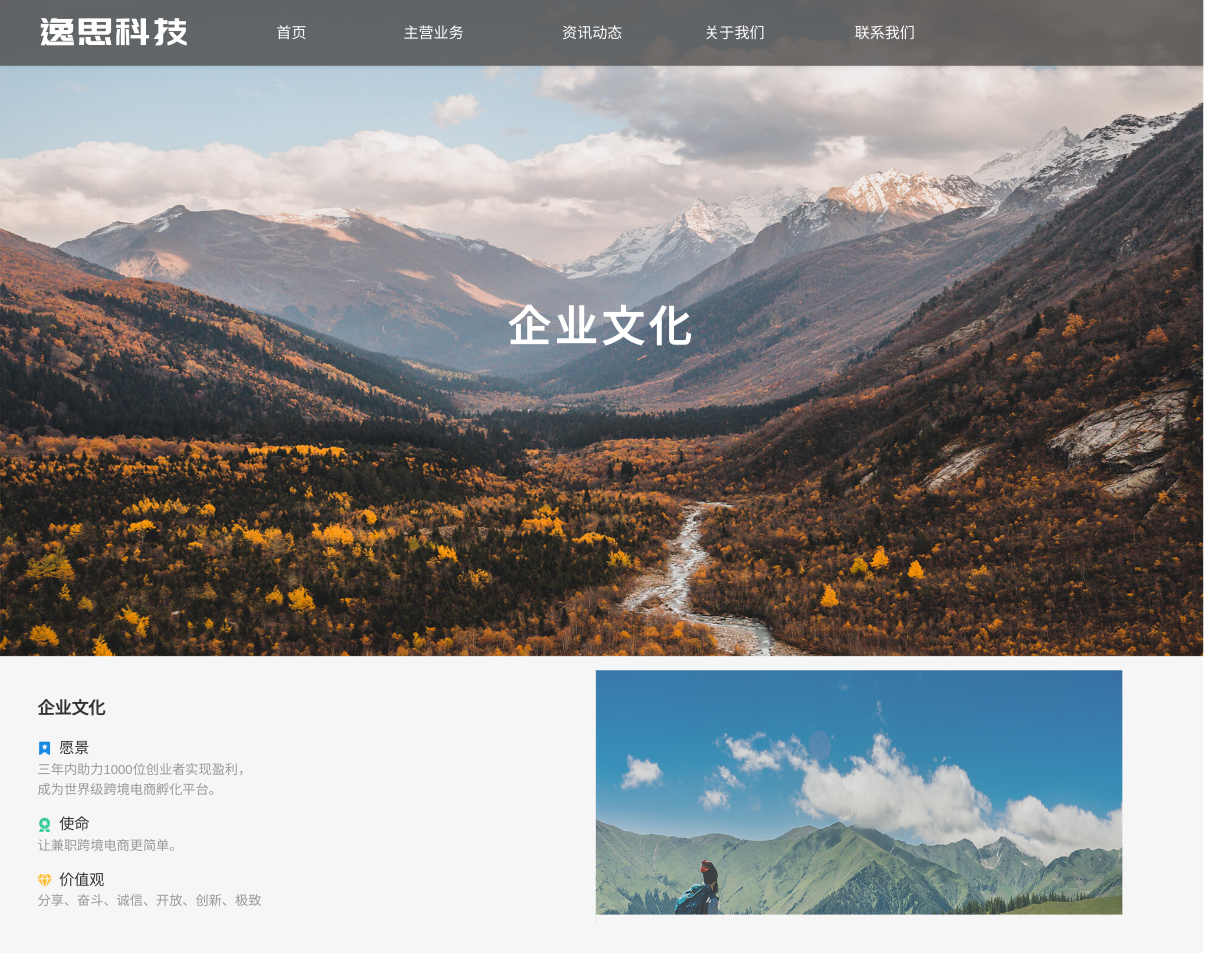
Repository: masterzhang/ztn
Page: brief3.html
The author's editor kept a copy of each file at every save. The page is drawn from the files as they stood at one save, then again after the next save.
The browser window is 1280 px wide. The page is 1300 px wide, so the pictures cover 1300 px, including what lies to the right of the window. The pictures show the part of the page from y = 0 to 1014 px (the page is 1888 px tall), at 94% of full size.
Pictures or frames that could not be fetched are drawn as grey boxes.

Above is the page before, as saved 2021-11-25 15:47:22.
Console error: TypeError: Cannot read properties of undefined (reading 'top')

After the next save:
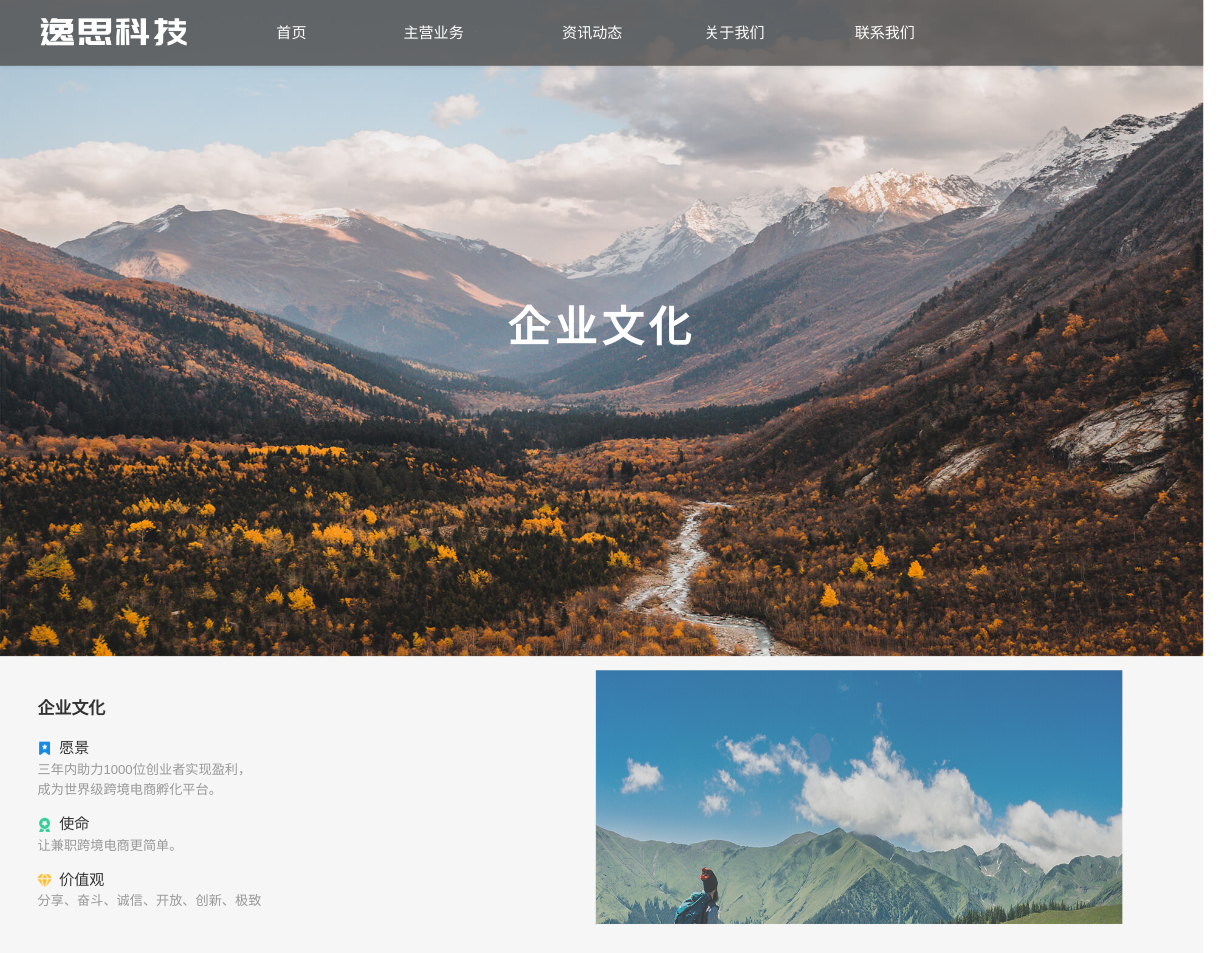
Saved 4 s later.
--- a/brief3.html
+++ b/brief3.html
@@ -81,7 +81,7 @@
         </div>
         <div class="pagemian_swiper_right" style="display: block;">
           <div class="runbobox">
-            <img src="/self/images2/企业文化逸思奋斗者.jpg" width="560" height="260" />
+            <img src="/self/images2/企业文化逸思奋斗者.jpg" width="560" height="270" />
           </div>
         </div>
       </div>
